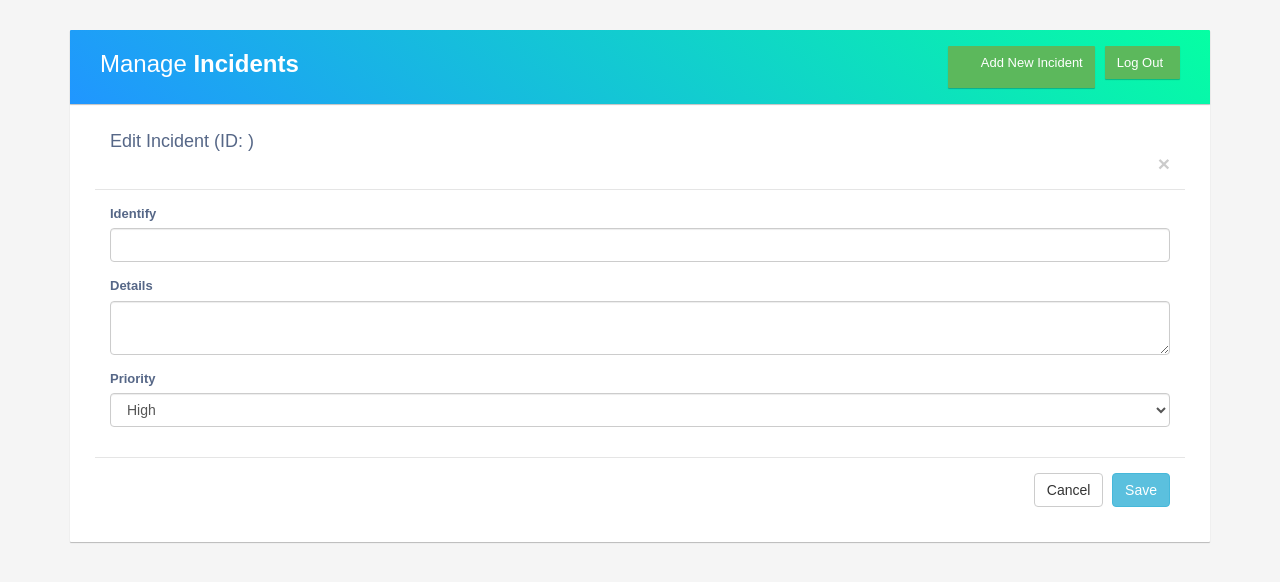
Repository: me-rohit-harsh/incident-management-system
Page: http://localhost/incedentList
The author's editor kept a copy of each file at every save. The page is drawn from the files as they stood at one save, then again after the next save.
The browser window is 1280 px wide. The pictures show the whole page.
Some web fonts or font styles are not loaded; a fallback is used. The page is this project's Thymeleaf template; nobody is signed in. The template is opened directly, without the code that normally fills it, so the values that code supplies are empty.

Above is the page before, as saved 2024-05-05 08:41:48.

### incident/src/main/resources/templates/incedentList.html
<!DOCTYPE html>
<html lang="en">

<head>
<meta charset="utf-8" />
<meta http-equiv="X-UA-Compatible" content="IE=edge" />
<meta name="viewport" content="width=device-width, initial-scale=1" />
<title>Incidents Dashboard</title>
<link rel="stylesheet"
	href="https://fonts.googleapis.com/css?family=Roboto|Varela+Round" />
<link rel="stylesheet"
	href="https://fonts.googleapis.com/icon?family=Material+Icons" />
<link rel="stylesheet"
	href="https://maxcdn.bootstrapcdn.com/font-awesome/4.7.0/css/font-awesome.min.css" />
<link rel="stylesheet"
	href="https://maxcdn.bootstrapcdn.com/bootstrap/3.3.7/css/bootstrap.min.css" />
<script
	src="https://ajax.googleapis.com/ajax/libs/jquery/1.12.4/jquery.min.js"></script>
<script
	src="https://maxcdn.bootstrapcdn.com/bootstrap/3.3.7/js/bootstrap.min.js"></script>
<link th:href="@{/css/style.css}" rel="stylesheet">


</head>

<body>
	<div class="container">
		<div th:if="${message}" class="alert" th:classappend="${alertClass}">
			<p th:text="${message}"></p>
		</div>
		<div class="table-wrapper">
			<div class="table-title">
				<div class="row">
					<div class="col-sm-6">
						<h2>
							Manage <b>Incidents</b>
						</h2>
					</div>
					<div class="col-sm-6">
						<form th:action="@{/logout}" method="post">
							<button type="submit" class="btn btn-success">
								<i class="fa-solid fa-right-from-bracket"></i> <span>Log
									Out</span>
							</button>
						</form>

						<a href="#addEmployeeModal" class="btn btn-success"
							data-toggle="modal"><i class="material-icons">&#xE147;</i> <span>Add
								New Incident</span></a>

					</div>
				</div>
			</div>
			<!-- Edit Modal HTML -->

			<form th:action="@{/editIncident}" th:object="${incident}"
				method="post">
				<div class="modal-header">
					<h4 class="modal-title">
						Edit Incident (ID: <b ></b>)
					</h4>
					<button type="button" class="close" data-dismiss="modal"
						aria-hidden="true">&times;</button>
				</div>
				<div class="modal-body">
					<input type="hidden" name="id" />
					<div class="form-group">
						<label>Identify</label> <input type="text" class="form-control"
							name="identify" required  />
					</div>
					<div class="form-group">
						<label>Details</label>
						<textarea class="form-control" name="details" required
						></textarea>
					</div>
					<div class="form-group">
						<label>Priority</label> <select class="form-control"
							name="priority">
							<option value="High">High</option>
							<option value="Medium">Medium</option>
							<option value="Low">Low</option>
						</select>
					</div>
				</div>
				<div class="modal-footer">
					<button type="button" class="btn btn-default" data-dismiss="modal">Cancel</button>
					<button type="submit" class="btn btn-info">Save</button>
				</div>
			</form>






		</div>
	</div>
	<!-- Edit Modal HTML -->
	<div id="addEmployeeModal" class="modal fade">
		<div class="modal-dialog">
			<div class="modal-content">
				<form th:action="@{/addIncident}" th:object="${incident}"
					method="post">
					<div class="modal-header">
						<h4 class="modal-title">Add Incidents</h4>
						<button type="button" class="close" data-dismiss="modal"
							aria-hidden="true">&times;</button>
					</div>
					<div class="modal-body">
						<div class="form-group">
							<label>Details</label>
							<textarea class="form-control" required name="details"></textarea>
						</div>
						<div class="form-group">
							<label>Identify</label> <select class="form-control"
								id="identity" name="identify">
								<option value="Enterprise">Enterprise</option>
								<option value="Government">Government</option>
							</select>
						</div>
						<div class="form-group">
							<label>Priority</label> <select class="form-control"
								id="identity" name="priority">
								<option value="High">High</option>
								<option value="Medium">Medium</option>
								<option value="Low">Low</option>
							</select>
						</div>

					</div>
					<div class="modal-footer">
						<input type="button" class="btn btn-default" data-dismiss="modal"
							value="Cancel" /> <input type="submit" class="btn btn-success"
							value="Add" />
					</div>
				</form>
			</div>
		</div>
	</div>

</body>

</html>

### incident/src/main/resources/static/css/style.css


        body {
            color: #566787;
            background: #f5f5f5;
            font-family: "Varela Round", sans-serif;
            font-size: 13px;
        }

        .table-wrapper {
            background: #fff;
            padding: 20px 25px;
            margin: 30px 0;
            border-radius: 1px;
            box-shadow: 0 1px 1px rgba(0, 0, 0, 0.247);
        }

        .table-title {
            padding-bottom: 15px;
            background: linear-gradient(40deg, #2096ff, #05ffa3) !important;
            color: #fff;
            padding: 16px 30px;
            margin: -20px -25px 10px;
            border-radius: 1px 1px 0 0;
            box-shadow: 0 1px 1px rgba(0, 0, 0, 0.247);
        }

        .table-title h2 {
            margin: 5px 0 0;
            font-size: 24px;
        }

        .table-title .btn-group {
            float: right;
        }

        .table-title .btn {
            color: #fff;
            float: right;
            font-size: 13px;
            border: none;
            min-width: 50px;
            border-radius: 1px;
            border: none;
            outline: none !important;
            margin-left: 10px;
            box-shadow: 0 1px 1px rgba(0, 0, 0, 0.247);
        }

        .table-title .btn i {
            float: left;
            font-size: 21px;
            margin-right: 5px;
        }

        .table-title .btn span {
            float: left;
            margin-top: 2px;
        }

        table.table tr th,
        table.table tr td {
            border-color: #e9e9e9;
            padding: 12px 15px;
            vertical-align: middle;
        }

        table.table tr th:first-child {
            width: 60px;
        }

        table.table tr th:last-child {
            width: 100px;
        }

        table.table-striped tbody tr:nth-of-type(odd) {
            background-color: #fcfcfc;
        }

        table.table-striped.table-hover tbody tr:hover {
            background: #f5f5f5;
        }

        table.table th i {
            font-size: 13px;
            margin: 0 5px;
            cursor: pointer;
        }

        table.table td:last-child i {
            opacity: 0.9;
            font-size: 22px;
            margin: 0 5px;
        }

        table.table td a {
            font-weight: bold;
            color: #566787;
            display: inline-block;
            text-decoration: none;
            outline: none !important;
        }

        table.table td a:hover {
            color: #2196f3;
        }

        table.table td a.edit {
            color: #ffc107;
        }

        table.table td a.delete {
            color: #f44336;
        }

        table.table td i {
            font-size: 19px;
        }

        table.table .avatar {
            border-radius: 1px;
            vertical-align: middle;
            margin-right: 10px;
        }

        .pagination {
            float: right;
            margin: 0 0 5px;
        }

        .pagination li a {
            border: none;
            font-size: 13px;
            min-width: 30px;
            min-height: 30px;
            color: #999;
            margin: 0 2px;
            line-height: 30px;
            border-radius: 1px !important;
            text-align: center;
            padding: 0 6px;
        }

        .pagination li a:hover {
            color: #666;
        }

        .pagination li.active a,
        .pagination li.active a.page-link {
            background: #03a9f4;
        }

        .pagination li.active a:hover {
            background: #0397d6;
        }

        .pagination li.disabled i {
            color: #ccc;
        }

        .pagination li i {
            font-size: 16px;
            padding-top: 6px;
        }

        .hint-text {
            float: left;
            margin-top: 10px;
            font-size: 13px;
        }

        /* Custom checkbox */
        .custom-checkbox {
            position: relative;
        }

        .custom-checkbox input[type="checkbox"] {
            opacity: 0;
            position: absolute;
            margin: 5px 0 0 3px;
            z-index: 9;
        }

        .custom-checkbox label:before {
            width: 18px;
            height: 18px;
        }

        .custom-checkbox label:before {
            content: "";
            margin-right: 10px;
            display: inline-block;
            vertical-align: text-top;
            background: white;
            border: 1px solid #bbb;
            border-radius: 1px;
            box-sizing: border-box;
            z-index: 2;
        }

        .custom-checkbox input[type="checkbox"]:checked+label:after {
            content: "";
            position: absolute;
            left: 6px;
            top: 3px;
            width: 6px;
            height: 11px;
            border: solid #000;
            border-width: 0 3px 3px 0;
            transform: inherit;
            z-index: 3;
            transform: rotateZ(45deg);
        }

        .custom-checkbox input[type="checkbox"]:checked+label:before {
            border-color: #03a9f4;
            background: #03a9f4;
        }

        .custom-checkbox input[type="checkbox"]:checked+label:after {
            border-color: #fff;
        }

        .custom-checkbox input[type="checkbox"]:disabled+label:before {
            color: #b8b8b8;
            cursor: auto;
            box-shadow: none;
            background: #ddd;
        }

        /* Modal styles */
        .modal .modal-dialog {
            max-width: 400px;
        }

        .modal .modal-header,
        .modal .modal-body,
        .modal .modal-footer {
            padding: 20px 30px;
        }

        .modal .modal-content {
            border-radius: 1px;
        }

        .modal .modal-footer {
            background: #ecf0f1;
            border-radius: 0 0 1px 1px;
        }

        .modal .modal-title {
            display: inline-block;
        }

        .modal .form-control {
            border-radius: 1px;
            box-shadow: none;
            border-color: #dddddd;
        }

        .modal textarea.form-control {
            resize: vertical;
        }

        .modal .btn {
            border-radius: 1px;
            min-width: 100px;
        }

        .modal form label {
            font-weight: normal;
        }

After the next save:
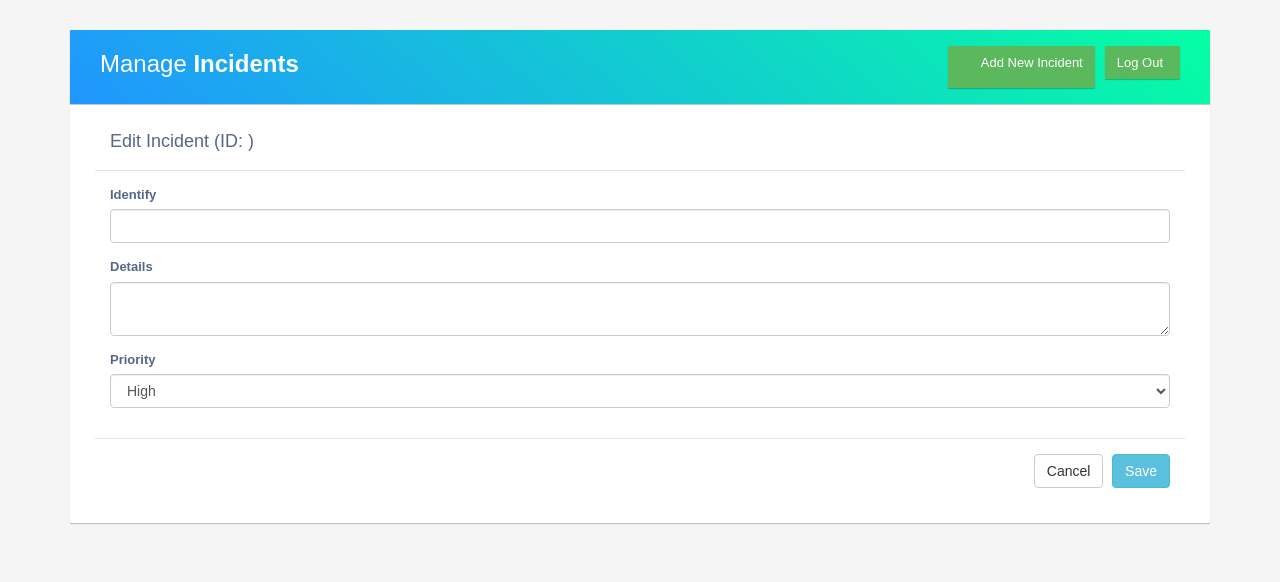
Saved 14 s later.
--- a/incident/src/main/resources/templates/incedentList.html
+++ b/incident/src/main/resources/templates/incedentList.html
@@ -59,8 +59,6 @@
 					<h4 class="modal-title">
 						Edit Incident (ID: <b ></b>)
 					</h4>
-					<button type="button" class="close" data-dismiss="modal"
-						aria-hidden="true">&times;</button>
 				</div>
 				<div class="modal-body">
 					<input type="hidden" name="id" />
